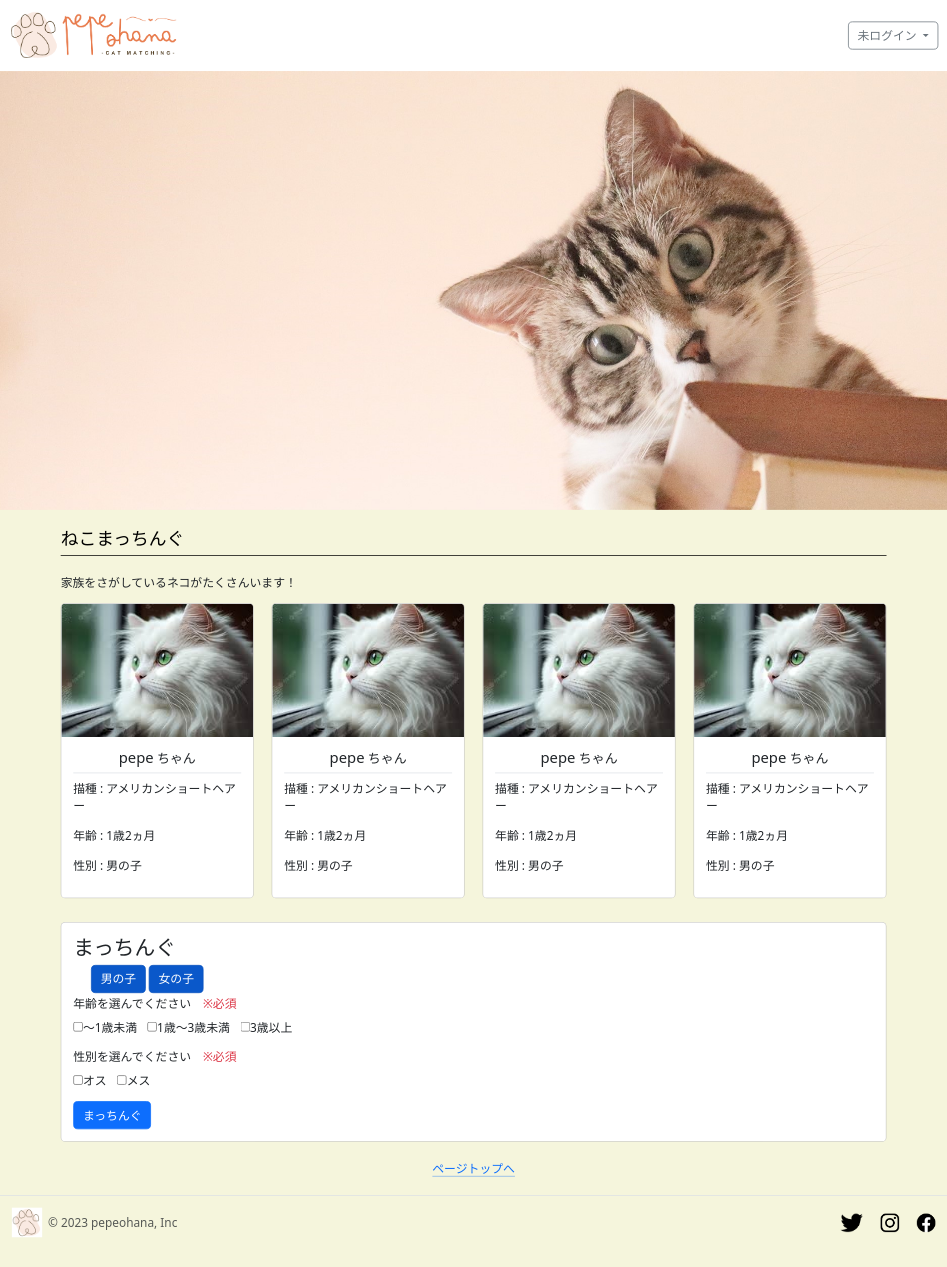
Repository: sakuwell/pepe
Page: http://localhost/PepeOhana/
An editor plug-in stored every save of this project. The page is shown before and after the next save, followed by the edit.
The browser window is 1280 px wide. The pictures show the whole page, at 74% of full size.
The page is served by Tomcat 9. Other server files are loaded and not shown.

Above is the page before, as saved 2023-09-06 06:13:19.

### ExWorkSpace/PepeOhana/src/main/webapp/index.jsp
<%@ page language="java" contentType="text/html; charset=UTF-8"
    pageEncoding="UTF-8"%>
<%@ page import="model.UsersInfoDto" %>

<!DOCTYPE html>
<html lang="ja">
<head>
    <meta charset="UTF-8">
    <meta name="viewport" content="width=device-width, initial-scale=1.0">
    <!-- Bootstrap CSS -->
    <link href="https://cdn.jsdelivr.net/npm/bootstrap@5.3.0/dist/css/bootstrap.min.css" rel="stylesheet" integrity="sha384-9ndCyUaIbzAi2FUVXJi0CjmCapSmO7SnpJef0486qhLnuZ2cdeRhO02iuK6FUUVM" crossorigin="anonymous">
    <script src="https://cdn.jsdelivr.net/npm/bootstrap@5.3.0/dist/js/bootstrap.bundle.min.js" integrity="sha384-geWF76RCwLtnZ8qwWowPQNguL3RmwHVBC9FhGdlKrxdiJJigb/j/68SIy3Te4Bkz" crossorigin="anonymous"></script>
    <title>Top | pepeohana</title>
</head>

<%
    // セッションを取得
	UsersInfoDto userInfoOnSession = (UsersInfoDto)session.getAttribute("LOGIN_INFO");
	boolean isLoggedIn = false;
	String userName = "";
	//HttpSession mysession = request.getSession(true);

    // セッションが存在し、username属性もセットされている場合はログイン済み
    if (userInfoOnSession != null) {
		userName = userInfoOnSession.getUserName();
        isLoggedIn = true;
    }
%>

<body  style="background-color:beige;">
	<% if (isLoggedIn) { %>
    <!-- ログイン済ヘッダー -->
    <nav class="navbar navbar-expand-lg navbar-light bg-white">
        <div class="container-fluid">
            <a class="navbar-brand" href="index.jsp">
                <img src="images/pepe_ohana_logo.png" alt="ページロゴ" width="auto" height="70">
            </a>
            <div class="btn-group">
                <button type="button" class="btn btn-secondary dropdown-toggle" data-bs-toggle="dropdown" aria-expanded="false">
                    userName
                </button>
                <ul class="dropdown-menu dropdown-menu-end">
                    <li><a class="dropdown-item" href="<%=request.getContextPath()%>/ExeMyPage">マイページ</a></li>
                    <li><a class="dropdown-item" href="<%=request.getContextPath()%>/ExeLogout">ログアウト</a></li>
                </ul>
            </div>
        </div>
    </nav>
    <!-- ログイン済ヘッダーここまで -->
    <% } else { %>
    <!-- 未ログインヘッダー -->
    <nav class="navbar navbar-expand-lg navbar-light bg-white">
    	<div class="container-fluid">
        	<a class="navbar-brand" href="index.jsp">
          		<img src="images/pepe_ohana_logo.png" alt="ページロゴ" width="auto" height="70">
          	</a>
         	<div class="btn-group">
            	<button type="button" class="btn btn-outline-secondary dropdown-toggle" data-bs-toggle="dropdown" aria-expanded="false">
             		 未ログイン
            	</button>
            	<ul class="dropdown-menu dropdown-menu-end">
              		<li><a class="dropdown-item" href="jsp/Login.jsp">ログイン</a></li>
              		<li><a class="dropdown-item" href="jsp/registUser.jsp">新規ユーザー登録</a></li>
            	</ul>
          	</div>
        </div>
    </nav>
    <!-- 未ログインヘッダーここまで -->
    <% } %>


    <!-- ヒーロー画像 -->
    <img class="img-fluid mb-4" src="images/hero_index.jpg"  alt="index画像" style="max-height:600px; width:100%; object-fit: cover;">

    <!-- ここから下　ページごとの内容 -->
    <div class="container">
        <div class="h4 pb-2 mb-4 text-black border-bottom border-black">
            ねこまっちんぐ
        </div>
            <p>家族をさがしているネコがたくさんいます！</p>
        <!-- 猫カードエリア -->
        <div class="row">
           <!-- カードのコンテンツ1 -->
           <div class="col-6 col-md-4 col-lg-3">
                <div class="card mb-3">
                	<img src="images/cat_2.jpg" style="height:180px; width: 100%; object-fit: cover;" class="card-img-top" alt="猫画像">
                    <div class="card-body">
                        <h5 class="card-title text-center border-bottom pb-2">pepe<small> ちゃん</small></h5>
                        <p class="card-text text-right">描種 : アメリカンショートヘアー</p>
                        <p class="card-text text-right">年齢 : 1歳2ヵ月</p>
                        <p class="card-text text-right">性別 : 男の子</p>
                        <div class="d-flex justify-content-center">
                            <a href="#" class="stretched-link"></a>
                        </div>
                    </div>
                </div>
            </div>
           <!-- カードのコンテンツ2 -->
           <div class="col-6 col-md-4 col-lg-3">
                <div class="card mb-3">
                	<img src="images/cat_2.jpg" style="height:180px; width: 100%; object-fit: cover;" class="card-img-top" alt="猫画像">
                    <div class="card-body">
                        <h5 class="card-title text-center border-bottom pb-2">pepe<small> ちゃん</small></h5>
                        <p class="card-text text-right">描種 : アメリカンショートヘアー</p>
                        <p class="card-text text-right">年齢 : 1歳2ヵ月</p>
                        <p class="card-text text-right">性別 : 男の子</p>
                        <div class="d-flex justify-content-center">
                            <a href="#" class="stretched-link"></a>
                        </div>
                    </div>
                </div>
            </div>
           <!-- カードのコンテンツ3 -->
           <div class="col-6 col-md-4 col-lg-3">
                <div class="card mb-3">
                	<img src="images/cat_2.jpg" style="height:180px; width: 100%; object-fit: cover;" class="card-img-top" alt="猫画像">
                    <div class="card-body">
                        <h5 class="card-title text-center border-bottom pb-2">pepe<small> ちゃん</small></h5>
                        <p class="card-text text-right">描種 : アメリカンショートヘアー</p>
                        <p class="card-text text-right">年齢 : 1歳2ヵ月</p>
                        <p class="card-text text-right">性別 : 男の子</p>
                        <div class="d-flex justify-content-center">
                            <a href="#" class="stretched-link"></a>
                        </div>
                    </div>
                </div>
            </div>
           <!-- カードのコンテンツ4 -->
           <div class="col-6 col-md-4 col-lg-3">
                <div class="card mb-3">
                	<img src="images/cat_2.jpg" style="height:180px; width: 100%; object-fit: cover;" class="card-img-top" alt="猫画像">
                     <div class="card-body">
                         <h5 class="card-title text-center border-bottom pb-2">pepe<small> ちゃん</small></h5>
                         <p class="card-text text-right">描種 : アメリカンショートヘアー</p>
                         <p class="card-text text-right">年齢 : 1歳2ヵ月</p>
                         <p class="card-text text-right">性別 : 男の子</p>
                         <div class="d-flex justify-content-center">
                             <a href="#" class="stretched-link"></a>
                         </div>
                     </div>
                 </div>
            </div>
		</div>

        <!-- 検索フォームエリア -->
        <div class="card mt-3 p-3">
         	<form action="#">
         		<h3>まっちんぐ</h3>
         		<div class="form-check">
	         		<input type="checkbox" class="btn-check" id="btn-check-2" checked autocomplete="off">
					<label class="btn btn-primary" for="btn-check-2">男の子</label>
	         		<input type="checkbox" class="btn-check" id="btn-check-2" checked autocomplete="off">
					<label class="btn btn-primary" for="btn-check-2">女の子</label>
				</div>
				<div class="mb-3">
					<label for="exampleInputEmail1" class="form-label">年齢を選んでください<span class="text-danger">　※必須</span></label><br>
				    <input type="checkbox" name="GENDER" id="GENDER" value="1">～1歳未満
				    <input type="checkbox" name="GENDER" id="GENDER" value="2" style="margin-left: 10px;">1歳～3歳未満
				    <input type="checkbox" name="GENDER" id="GENDER" value="2" style="margin-left: 10px;">3歳以上
				</div>
				<div class="mb-3">
					<label for="exampleInputEmail1" class="form-label">性別を選んでください<span class="text-danger">　※必須</span></label><br>
				    <input type="checkbox" name="GENDER" id="GENDER" value="1">オス
				    <input type="checkbox" name="GENDER" id="GENDER" value="2" style="margin-left: 10px;">メス
				</div>
				<button type="submit" class="btn btn-primary">まっちんぐ</button>
			</form>
		</div>

	</div>
    <!-- ここまで　ページごとの内容 -->

    <!-- フッター -->
    <div class="text-center mt-4">
        <a class="icon-link icon-link-hover" href="#">
            ページトップへ
        </a>
	</div>
	<footer class="d-flex flex-wrap justify-content-between align-items-center py-3 my-4 border-top">
    	<div class="col-md-4 d-flex align-items-center ms-3">
        	<a href="index.jsp" class="mb-3 me-2 mb-md-0"><img alt="ロゴ画像" src="images/nikukyu_logo.png" width="auto" height="40"></a>
          	<span class="mb-3 mb-md-0 text-body-secondary">© 2023 pepeohana, Inc</span>
        </div>
        <ul class="nav col-md-4 justify-content-end list-unstyled d-flex me-3">
            <li><a href="#"><img src=images/twitter_logo.png width="auto" height="25"></a></li>
            <li class="ms-4"><a href="#"><img src=images/insta_logo.png width="auto" height="25"></a></li>
            <li class="ms-4"><a href="#"><img src=images/facebook_logo.png width="auto" height="25"></a></li>
        </ul>
	</footer>
    <!-- フッター　ここまで -->

</body>
</html>

After the next save:
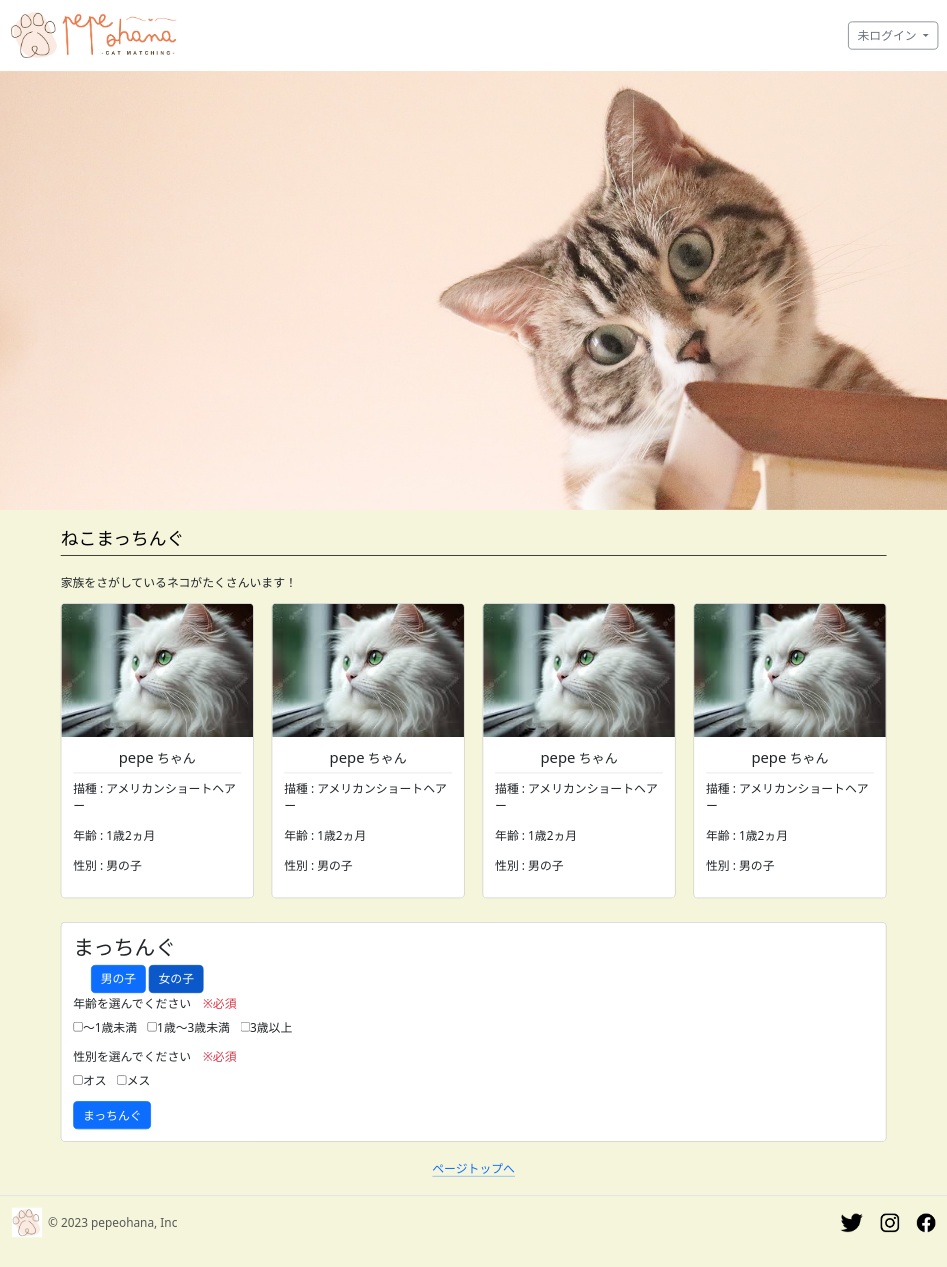
Saved 46 s later.
--- a/ExWorkSpace/PepeOhana/src/main/webapp/index.jsp
+++ b/ExWorkSpace/PepeOhana/src/main/webapp/index.jsp
@@ -147,7 +147,7 @@
          	<form action="#">
          		<h3>まっちんぐ</h3>
          		<div class="form-check">
-	         		<input type="checkbox" class="btn-check" id="btn-check-2" checked autocomplete="off">
+	         		<input type="checkbox" class="btn-check" id="btn-check-2" autocomplete="off">
 					<label class="btn btn-primary" for="btn-check-2">男の子</label>
 	         		<input type="checkbox" class="btn-check" id="btn-check-2" checked autocomplete="off">
 					<label class="btn btn-primary" for="btn-check-2">女の子</label>
